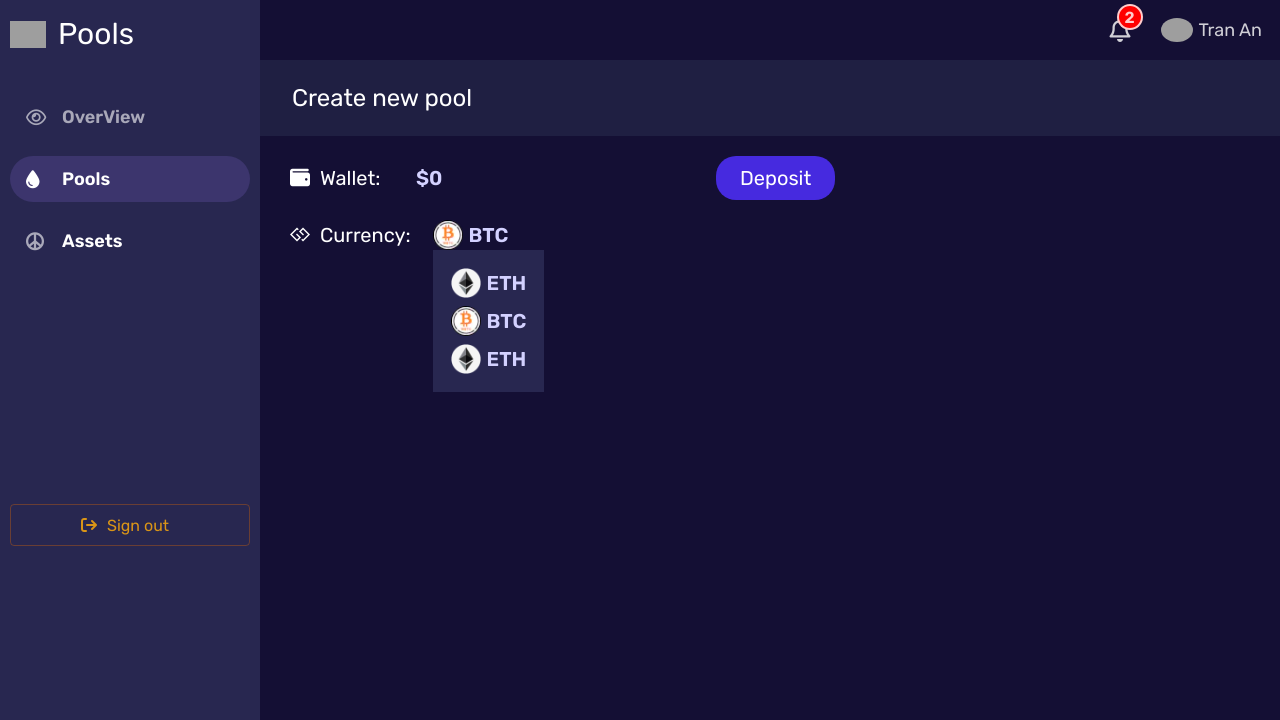
Repository: quynh232000/pools
Page: pool/create-pool.html
An editor plug-in stored every save of this project. The page is shown before and after the next save, followed by the edit.
The browser window is 1280 px wide. The pictures show the whole page.
Pictures or frames that could not be fetched are drawn as grey boxes.

Above is the page before, as saved 2023-07-14 00:38:13.

After the next save:
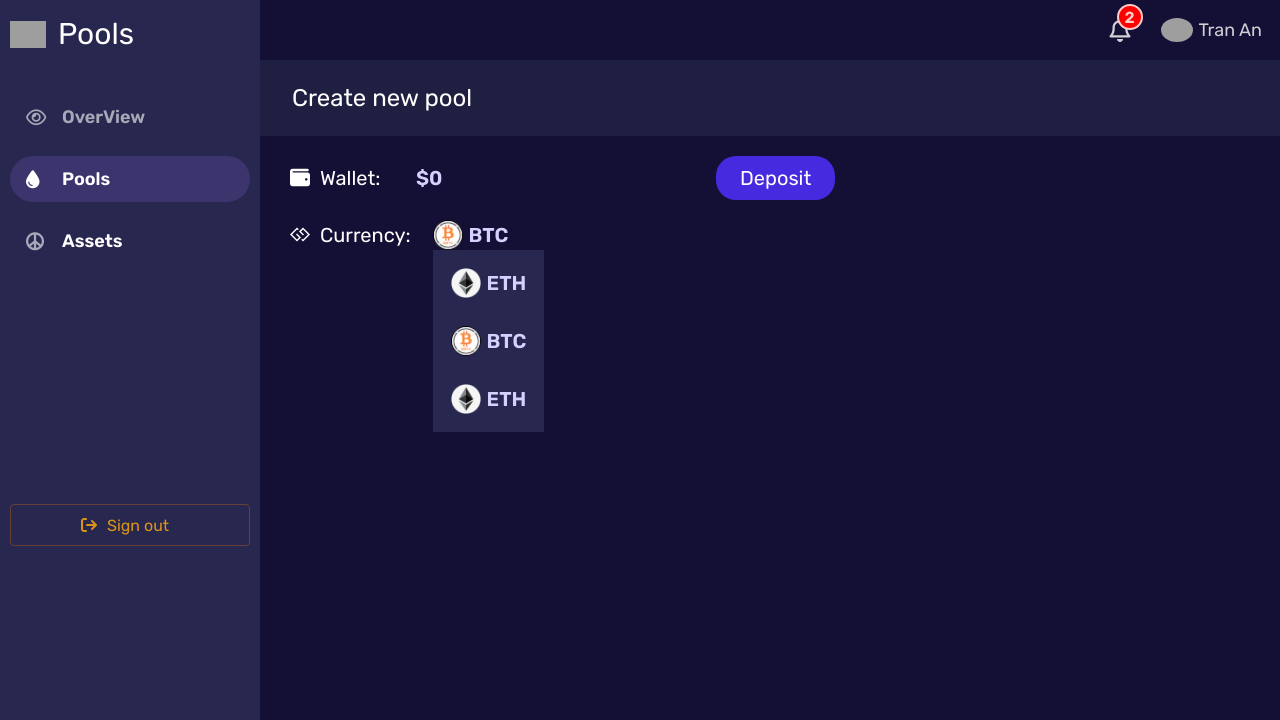
Saved 17 s later.
--- a/src/css/create-pool.css
+++ b/src/css/create-pool.css
@@ -54,11 +54,12 @@
 .type-money-more{
     position: absolute;
     background-color: var(--bg-item-color);
-    padding: 10px;
+
 }
 .type-money-more .type-money-item{
     margin: 8px;
     border-radius: 6px;
+    padding: 10px;
 }
 .type-money-more .type-money-item:hover{
     background-color: rgb(162, 158, 240);
